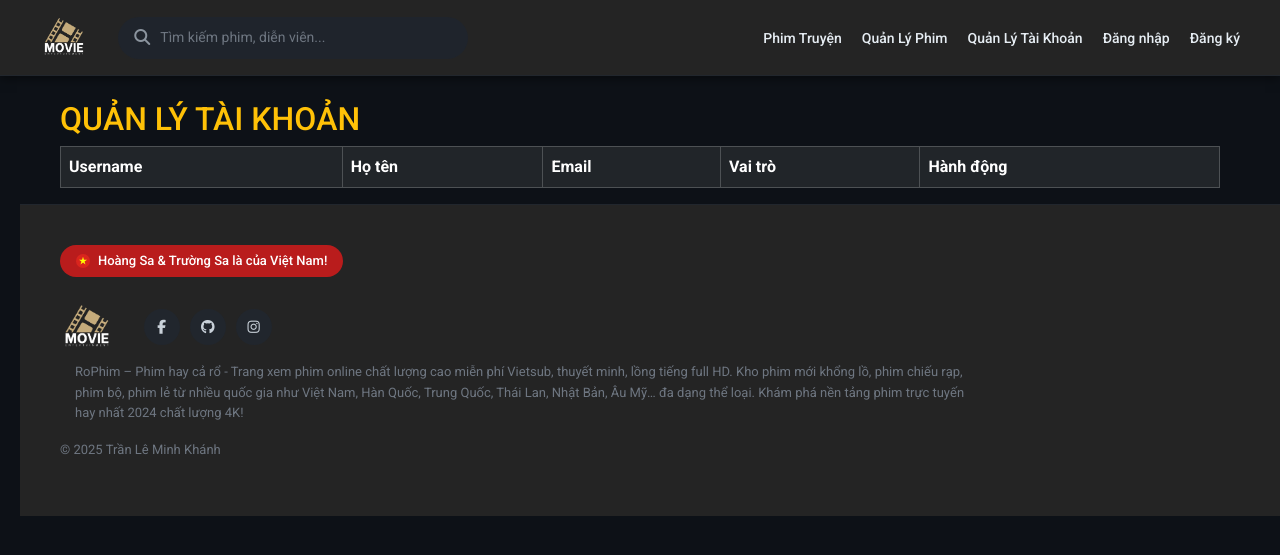
Repository: Razer2811/ActionMovie
Page: http://localhost/XemPhim/Account.jsp
The author's editor kept a copy of each file at every save. The page is drawn from the files as they stood at one save, then again after the next save.
The browser window is 1280 px wide. The pictures show the whole page.
The page is served by Tomcat 9. Other server files are loaded and not shown.

Above is the page before, as saved 2026-01-07 01:34:31.

### XemPhim/src/main/webapp/Account.jsp
<%@page import="java.util.List"%>
<%@page import="modal.Users"%>
<%@page import="modal.GenreVideo"%>
<%@ page contentType="text/html; charset=UTF-8" pageEncoding="UTF-8"%>
<%@ page import="java.util.ArrayList"%>
<%@ page import="modal.Video"%>

<!DOCTYPE html>
<html lang="vi">
<head>
<meta charset="UTF-8">
<title>Quản lý Tài Khoản - Admin</title>
<link rel="stylesheet"
	href="https://cdnjs.cloudflare.com/ajax/libs/font-awesome/6.5.1/css/all.min.css">
<link rel="stylesheet"
	href="https://cdn.jsdelivr.net/npm/boxicons@2.1.4/css/boxicons.min.css">
<link
	href="https://cdn.jsdelivr.net/npm/bootstrap@5.3.3/dist/css/bootstrap.min.css"
	rel="stylesheet">
<link href="css/style.css" rel="stylesheet">
<link href="css/home.css" rel="stylesheet">
<link href="css/card.css" rel="stylesheet">
</head>
<body>
	<%
        // Lấy các thông báo
        String message = (String) request.getAttribute("message");
        String error = (String) request.getAttribute("error");

        // Lấy đối tượng editUser (nếu đang bấm nút sửa)
        Users editUser = (Users) request.getAttribute("user");

        // Lấy danh sách user
        List<Users> listUsers = (List<Users>) request.getAttribute("listUsers");
    %>

	<jsp:include page="HeaderAdmin.jsp"></jsp:include>

	<div class="container mt-4">
        <h2 class="text-warning">QUẢN LÝ TÀI KHOẢN</h2>

        <% if (message != null && !message.isEmpty()) { %>
            <div class="alert alert-success"><%= message %></div>
        <% } %>

        <% if (error != null && !error.isEmpty()) { %>
            <div class="alert alert-danger"><%= error %></div>
        <% } %>

        <% if (editUser != null) { %>
            <div class="card bg-secondary text-white mb-4">
                <div class="card-header fw-bold">Chỉnh sửa User: <%= editUser.getId() %></div>
                <div class="card-body">
                    <form action="QuanLyAccount" method="post">
                        <input type="hidden" name="action" value="update">

                        <div class="row">
                            <div class="col-md-3">
                                <label>Username (ID)</label>
                                <input type="text" name="id" class="form-control" value="<%= editUser.getId() %>" readonly>
                            </div>
                            <div class="col-md-3">
                                <label>Họ tên</label>
                                <input type="text" name="fullname" class="form-control" value="<%= editUser.getFullname() %>">
                            </div>
                            <div class="col-md-3">
                                <label>Email</label>
                                <input type="email" name="email" class="form-control" value="<%= editUser.getEmail() %>">
                            </div>
                            <div class="col-md-2 mt-4">
                                <div class="form-check">
                                    <input class="form-check-input" type="checkbox" name="admin" value="true"
                                           <%= editUser.isAdmin() ? "checked" : "" %>>
                                    <label class="form-check-label">Là Admin</label>
                                </div>
                            </div>
                            <div class="col-md-1 mt-4">
                                <button type="submit" class="btn btn-warning">Lưu</button>
                            </div>
                        </div>
                    </form>
                </div>
            </div>
        <% } %>

        <table class="table table-dark table-hover table-bordered">
            <thead>
                <tr class="text-warning">
                    <th>Username</th>
                    <th>Họ tên</th>
                    <th>Email</th>
                    <th>Vai trò</th>
                    <th>Hành động</th>
                </tr>
            </thead>
            <tbody>
                <%
                // Duyệt vòng lặp Java thay cho <c:forEach>
                if (listUsers != null) {
                    for (Users u : listUsers) {
                %>
                    <tr>
                        <td><%= u.getId() %></td>
                        <td><%= u.getFullname() %></td>
                        <td><%= u.getEmail() %></td>
                        <td>
                            <%-- Logic hiển thị Badge --%>
                            <% if (u.isAdmin()) { %>
                                <span class="badge bg-danger">Admin</span>
                            <% } else { %>
                                <span class="badge bg-secondary">User</span>
                            <% } %>
                        </td>
                        <td>
                            <a href="QuanLyAccount?action=edit&id=<%= u.getId() %>" class="btn btn-sm btn-info">Sửa</a>

                            <a href="QuanLyAccount?action=delete&id=<%= u.getId() %>"
                               class="btn btn-sm btn-danger"
                               onclick="return confirm('Bạn có chắc muốn xóa user này?');">Xóa</a>
                        </td>
                    </tr>
                <%
                    } // Kết thúc vòng for
                } // Kết thúc if check null
                %>
            </tbody>
        </table>
    </div>

	<jsp:include page="Footer.jsp"></jsp:include>
	<script
		src="https://cdn.jsdelivr.net/npm/bootstrap@5.3.3/dist/js/bootstrap.bundle.min.js"></script>
</body>
</html>

### XemPhim/src/main/webapp/HeaderAdmin.jsp
<%@page import="java.util.ArrayList"%>
<%@page import="modal.Users"%>
<%@page import="modal.GenreVideo"%>
<%@ page contentType="text/html; charset=UTF-8" pageEncoding="UTF-8"%>

<header class="site-header">
	<div class="header-container">

		<div class="header-left">
			<a href="Home" class="header-logo"> <img
				src="img/logo2.png" alt="MOVIE ENTERTAINMENT">
			</a>

			<form action="GenreVideo" class="search-form">
				<button type="submit" class="search-btn">
					<i class="fas fa-search"></i>
				</button>
				<input type="text" name="timkiem"
					placeholder="Tìm kiếm phim, diễn viên..." class="search-input">
			</form>
		</div>

		<div class="header-right">
			<nav class="main-menu">
				<ul>
					<li><a href="HomeAdmin">Phim Truyện</a></li>
					<li><a href="QuanLyPhim">Quản Lý Phim</a></li>
					<li><a href="QuanLyAccount">Quản Lý Tài Khoản</a></li>
					<%

					Users user = (Users) session.getAttribute("user");

					if (user == null) {
					%>
					<li><a href="Login">Đăng nhập</a></li>
					<li><a href="Register">Đăng ký</a></li>
					<%
					} else {
					// Xử lý ảnh: Nếu user chưa có avatar thì dùng ảnh mặc định
					String avatar = user.getAvatar();
					if (avatar == null || avatar.isEmpty()) {
						avatar = "logo2.png"; // Ảnh mặc định trong thư mục img
					}
					%>
					<li><a href="#" class="user-greeting""> <img
							src="avatar/<%=avatar%>" alt="Avatar" class="my-avatar-img">
							<span><%=user.getFullname()%></span>
					</a></li>
					<li><a href="Logout">Đăng xuất</a></li>
					<%
					}
					%>
				</ul>
			</nav>
		</div>

	</div>
</header>

### XemPhim/src/main/webapp/Footer.jsp
<%@ page contentType="text/html; charset=UTF-8" pageEncoding="UTF-8"%>

<footer class="site-footer">
    <div class="footer-container">

        <div class="footer-banner">
            <img alt="covietnam" src="img/co.svg">
            <span>Hoàng Sa & Trường Sa là của Việt Nam!</span>
        </div>

        <div class="footer-brand-section">
            <div style="display: flex; align-items: center; gap: 20px;">
                	<img src="img/logo2.png" class="footer-logo">
                </div>

            <div class="social-icons">
                 <a href="https://www.facebook.com/boyvancan" target="_blank"><i class="fab fa-facebook-f"></i></a>
                 <a href="https://github.com/Razer2811" target="_blank"><i class="fab fa-github"></i></a>
                 <a href="https://www.instagram.com/boyvancan/" target="_blank"><i class="fab fa-instagram"></i></a>
            </div>
        </div>

        <p class="footer-description">
           RoPhim – Phim hay cả rổ - Trang xem phim online chất lượng cao miễn phí Vietsub, thuyết minh, lồng tiếng full HD.
           Kho phim mới khổng lồ, phim chiếu rạp, phim bộ, phim lẻ từ nhiều quốc gia như Việt Nam, Hàn Quốc, Trung Quốc, Thái Lan,
           Nhật Bản, Âu Mỹ… đa dạng thể loại. Khám phá nền tảng phim trực tuyến hay nhất 2024 chất lượng 4K!
        </p>

        <p class="footer-copyright">
            © 2025 Trần Lê Minh Khánh
        </p>

    </div>
</footer>

### XemPhim/src/main/webapp/css/style.css
@import url('https://fonts.googleapis.com/css2?family=Roboto:wght@300;400;500;700&display=swap');

* {
    margin: 0;
    padding: 0;
    box-sizing: border-box;
}

body {
    font-family: 'Roboto', sans-serif;
    background-color: #0d1117; /* MÃ u ná»�n web tá»‘i */
}

/* --- FOOTER CHÃ�NH --- */
.site-footer {
    background-color: #242424;
    color: #8b949e;
    /* Bỏ padding cũ đi để container bên trong tự xử lý */
    padding: 0;
    margin-left: 20px;
    font-size: 14px;
    border-top: 1px solid #21262d; /* Thêm đường kẻ mờ ngăn cách giống Header */
}
	.footer-container {
    width: 100%;           /* Tràn viền giống Header */
    padding: 40px 40px;    /* Padding trên dưới 40, trái phải 40 (bằng Header) */
    margin: 0 auto;
}
.container {
    max-width: 1200px;
    margin: 0 auto;
    padding: 0 20px;
}

/* --- BANNER HOÃ€NG SA/TRÆ¯á»œNG SA --- */
.footer-banner {
    display: inline-flex;
    align-items: center;
    background-color: #b91c1c; /* MÃ u Ä‘á»� Ä‘áº­m */
    color: white;
    padding: 6px 16px;
    font-weight: 500;
    border-radius: 99px; /* Bo trÃ²n hÃ¬nh viÃªn thuá»‘c */
    margin-bottom: 25px;
    font-size: 13px;
}

.footer-banner img {
    height: 14px;
    margin-right: 8px;
}

/* --- LOGO VÃ€ SOCIAL (Náº°M NGANG) --- */
.footer-brand-section {
    display: flex;
    align-items: center;
    gap: 30px;
    flex-wrap: wrap;
    width: 100%;
}

.footer-logo {
    height: 50px; /* Ä�iá»�u chá»‰nh kÃ­ch thÆ°á»›c logo cho vá»«a máº¯t */
    object-fit: contain;
}

/* Ä�Æ°á»�ng gáº¡ch Ä‘á»©ng ngÄƒn cÃ¡ch */
.vertical-divider {
    width: 1px;
    height: 35px;
    background-color: #30363d; /* MÃ u xÃ¡m tá»‘i cá»§a Ä‘Æ°á»�ng káº» */
}

.social-icons {
    display: flex;
    gap: 10px;
    flex-wrap: wrap;
}

.social-icons a {
    display: flex;
    justify-content: center;
    align-items: center;
    width: 36px;
    height: 36px;
    background-color: #21262d; /* Ná»�n trÃ²n mÃ u xÃ¡m tá»‘i */
    color: #c9d1d9;
    border-radius: 50%; /* LÃ m trÃ²n */
    text-decoration: none;
    transition: all 0.2s ease;
    font-size: 14px;
}

.social-icons a:hover {
    background-color: #58a6ff; /* MÃ u xanh khi hover */
    color: white;
    transform: translateY(-2px);
}

/* --- LINKS VÃ€ TEXT DÆ¯á»šI --- */
.footer-bottom {
    display: flex;
    flex-direction: column;
    gap: 15px;
}

.footer-links {
    list-style: none;
    display: flex;
    flex-wrap: wrap;
    gap: 25px;
}

.footer-links a {
    color: #e6edf3; /* MÃ u tráº¯ng sÃ¡ng hÆ¡n cho link */
    text-decoration: none;
    font-weight: 500;
    font-size: 14px;
    transition: color 0.2s;
}

.footer-links.sub-links a {
    color: #8b949e; /* MÃ u xÃ¡m cho dÃ²ng link phá»¥ */
}

.footer-links a:hover {
    color: #58a6ff; /* MÃ u xanh khi hover */
}

.footer-description {
    line-height: 1.6;
    color: #6e7681; /* MÃ u xÃ¡m tá»‘i hÆ¡n cho Ä‘oáº¡n vÄƒn */
    font-size: 13px;
    max-width: 900px;
    margin-top: 10px;
    margin-left: 15px;
}

.footer-copyright {
    color: #6e7681;
    font-size: 13px;
    margin-top: 10px;
}
/* --- HEADER STYLES --- */
.site-header {
    background-color: #242424; /* MÃ u ná»�n tá»‘i trÃ¹ng vá»›i footer */
    padding: 15px 0;
    position: sticky; /* Giá»¯ header dÃ­nh trÃªn cÃ¹ng khi cuá»™n */
    top: 0;
    z-index: 1000;
    box-shadow: 0 2px 10px rgba(0,0,0,0.5);
    border-bottom: 1px solid #21262d;
}

.header-container {
    max-width: 100%;
    padding: 0 40px;
    display: flex;
    justify-content: space-between;
    align-items: center;
}

/* --- PHáº¦N TRÃ�I: LOGO & TÃŒM KIáº¾M --- */
.header-left {
    display: flex;
    align-items: center;
    gap: 30px;
    flex: 1; /* Chiáº¿m khÃ´ng gian Ä‘á»ƒ Ä‘áº©y menu sang pháº£i */
}

.header-logo img {
    height: 45px; /* Chiá»�u cao logo */
    object-fit: contain;
}

/* Thanh tÃ¬m kiáº¿m bo trÃ²n */
.search-form {
    display: flex;
    align-items: center;
    background-color: #1f242c; /* MÃ u ná»�n Ã´ tÃ¬m kiáº¿m */
    border-radius: 99px; /* Bo trÃ²n viÃªn thuá»‘c */
    padding: 8px 15px;
    width: 350px; /* Ä�á»™ rá»™ng Ã´ tÃ¬m kiáº¿m */
    border: 1px solid transparent;
    transition: border-color 0.2s;
}

.search-form:focus-within {
    border-color: #58a6ff; /* Viá»�n sÃ¡ng khi báº¥m vÃ o */
}

.search-btn {
    background: none;
    border: none;
    color: #8b949e;
    cursor: pointer;
    font-size: 16px;
    margin-right: 10px;
}

.search-input {
    background: none;
    border: none;
    color: white;
    width: 100%;
    outline: none;
    font-size: 14px;
}

.search-input::placeholder {
    color: #6e7681;
}

/* --- PHáº¦N PHáº¢I: MENU & ACTIONS --- */
.header-right {
    display: flex;
    align-items: center;
    gap: 30px;
}

/* Menu Ä‘iá»�u hÆ°á»›ng */
.main-menu ul {
    list-style: none;
    display: flex;
    gap: 20px;
    margin: 0;
    padding: 0;
}
.my-avatar-img {
        width: 40px !important;      /* Chiều rộng cố định */
        height: 40px !important;     /* Chiều cao cố định */
        border-radius: 50% !important; /* Bo tròn tuyệt đối */
        object-fit: cover !important;  /* Cắt ảnh vừa khung, không bị méo */
        border: 2px solid #0d6efd;   /* Viền xanh cho nổi */
    }
.main-menu a {
    text-decoration: none;
    color: #e6edf3;
    font-size: 14px;
    font-weight: 500;
    transition: color 0.2s;
}

.main-menu a:hover {
    color: #d2a106; /* MÃ u vÃ ng kim loáº¡i (hoáº·c #58a6ff xanh) */
}

.main-menu i {
    font-size: 10px;
    margin-left: 3px;
    color: #8b949e;
}

/* CÃ¡c nÃºt chá»©c nÄƒng bÃªn pháº£i */
.header-actions {
    display: flex;
    align-items: center;
    gap: 15px;
}

/* NÃºt Táº£i App */
.btn-app {
    display: flex;
    align-items: center;
    gap: 8px;
    color: #e6edf3;
    text-decoration: none;
    font-size: 13px;
    font-weight: bold;
    background-color: #21262d;
    padding: 8px 16px;
    border-radius: 8px;
    transition: background 0.2s;
}

.btn-app:hover {
    background-color: #30363d;
}

/* Icon thÃ´ng bÃ¡o */
.action-icon {
    position: relative;
    color: #e6edf3;
    font-size: 18px;
    padding: 8px;
    background-color: #21262d;
    border-radius: 50%;
    width: 40px;
    height: 40px;
    display: flex;
    justify-content: center;
    align-items: center;
    text-decoration: none;
    transition: background 0.2s;
}

.action-icon:hover {
    background-color: #30363d;
}

/* Dáº¥u cháº¥m Ä‘á»� thÃ´ng bÃ¡o */
.badge {
    position: absolute;
    top: 5px;
    right: 5px;
    background-color: #d2a106; /* MÃ u vÃ ng ná»•i báº­t */
    color: #000;
    font-size: 10px;
    font-weight: bold;
    border-radius: 50%;
    width: 14px;
    height: 14px;
    display: flex;
    justify-content: center;
    align-items: center;
}

/* Avatar ngÆ°á»�i dÃ¹ng */
.user-avatar img {
    width: 40px;
    height: 40px;
    border-radius: 50%;
    object-fit: cover;
    border: 2px solid #21262d;
    cursor: pointer;
}

/* MENU CHA */
.main-menu ul {
    list-style: none;
    margin: 0;
    padding: 0;
    display: flex; /* Đảm bảo menu chính nằm ngang */
    align-items: center;
}

.main-menu > ul > li {
    position: relative;
    display: inline-block;
}

/* MENU CON – PHỐI MÀU DARK THEME */
.sub-menu {
    position: absolute;
    top: 100%;
    left: 0;

    background-color: #242424; /* Màu xám đậm trùm với Header */
    min-width: 200px;
    border-radius: 8px; /* Bo góc hiện đại */
    border: 1px solid #30363d; /* Viền mờ giống phong cách GitHub */
    box-shadow: 0 8px 24px rgba(0,0,0,0.5); /* Đổ bóng sâu tạo độ nổi */

    /* HIỆU ỨNG MƯỢT MÀ CỦA BẠN */
    opacity: 0;
    visibility: hidden;
    transform: translateY(10px);
    transition: all 0.25s ease;

    display: flex;
    flex-direction: column;   /* Xếp dọc các thể loại */
    padding: 8px 0;
    margin-top: 5px; /* Tạo khoảng cách nhỏ với header */

    z-index: 999;
}

/* HOVER HIỆN MENU */
.main-menu li:hover > .sub-menu {
    opacity: 1;
    visibility: visible;
    transform: translateY(0);
}

/* ITEM MENU CON */
.sub-menu li {
    width: 100%;
}

.sub-menu li a {
    display: block;
    padding: 10px 16px;
    color: #e6edf3; /* Màu trắng xám (không bị chói) */
    text-decoration: none;
    font-size: 14px;
    font-weight: 400;
    transition: all 0.2s;
}

/* MÀU HOVER VÀNG KIM LOẠI */
.sub-menu li a:hover {
    background-color: #30363d; /* Nền xám sáng hơn một chút */
    color: #d2a106; /* Chữ chuyển sang màu vàng đặc trưng của bạn */
    padding-left: 20px; /* Hiệu ứng đẩy nhẹ sang phải khi hover */
}

### XemPhim/src/main/webapp/css/home.css
@charset "utf-8";

.body {
	background-color: #0d1117;
	color: #e6edf3;
	font-family: 'Segoe UI', sans-serif;
}
/* --- TIÊU ĐỀ --- */
.section-title {
	color: #d2a106; /* Màu vàng kim loại */
	font-weight: 700;
	border-left: 5px solid #d2a106;
	padding-left: 15px;
	margin-bottom: 25px;
	text-transform: uppercase;
	letter-spacing: 1px;
}

/* --- BANNER VIDEO --- */
.video-banner-container {
	position: relative;
	margin-bottom: 50px;
	border-radius: 20px;
	overflow: hidden;
	box-shadow: 0 0 30px rgba(210, 161, 6, 0.15); /* Bóng vàng nhẹ */
	border: 1px solid #30363d;
}

.video-banner-container iframe {
	width: 100%;
	display: block;
}

/* --- CARD PHIM (GIỐNG DETAIL MOVIE) --- */
.card-film {
	background-color: #161b22;
	border: 1px solid #30363d;
	border-radius: 12px;
	overflow: hidden;
	transition: all 0.3s ease;
	height: 100%;
	position: relative;
}

.card-film:hover {
	transform: translateY(-7px);
	border-color: #d2a106;
	box-shadow: 0 10px 20px rgba(0, 0, 0, 0.4);
}

.poster-wrapper {
	position: relative;
	aspect-ratio: 2/3; /* Tỷ lệ chuẩn poster */
	overflow: hidden;
}

.poster-wrapper img {
	width: 100%;
	height: 100%;
	object-fit: cover;
	transition: transform 0.5s ease;
}

.card-film:hover .poster-wrapper img {
	transform: scale(1.1);
}

/* Nút Play khi hover */
.hover-overlay {
	position: absolute;
	top: 0;
	left: 0;
	right: 0;
	bottom: 0;
	background: rgba(0, 0, 0, 0.5);
	display: flex;
	align-items: center;
	justify-content: center;
	opacity: 0;
	transition: opacity 0.3s ease;
}

.card-film:hover .hover-overlay {
	opacity: 1;
}

.hover-overlay i {
	font-size: 3.5rem;
	color: #d2a106;
	text-shadow: 0 0 10px rgba(0, 0, 0, 0.8);
}

/* Thông tin phim */
.card-body-custom {
	padding: 15px;
}

.movie-title {
	font-size: 16px;
	font-weight: 600;
	color: #e6edf3;
	text-decoration: none;
	display: -webkit-box;
	-webkit-line-clamp: 1; /* Cắt 1 dòng */
	-webkit-box-orient: vertical;
	overflow: hidden;
	margin-bottom: 8px;
	transition: color 0.2s;
}

.movie-title:hover {
	color: #d2a106;
}

.movie-meta {
	font-size: 13px;
	color: #8b949e;
	display: flex;
	justify-content: space-between;
	align-items: center;
}

.meta-item {
	display: flex;
	align-items: center;
	gap: 4px;
}

.meta-item i {
	color: #d2a106;
} /* Icon màu vàng */

/* --- PHÂN TRANG CUSTOM (CHO NỀN TỐI) --- */
.pagination .page-item .page-link {
	background-color: #161b22;
	border-color: #30363d;
	color: #e6edf3;
	margin: 0 3px;
	border-radius: 6px;
}

.pagination .page-item .page-link:hover {
	background-color: #30363d;
	color: #d2a106;
	border-color: #8b949e;
}

.pagination .page-item.active .page-link {
	background-color: #d2a106;
	border-color: #d2a106;
	color: #000;
	font-weight: bold;
}

.pagination .page-item.disabled .page-link {
	background-color: #0d1117;
	color: #484f58;
	border-color: #30363d;
}

### XemPhim/src/main/webapp/css/card.css
@charset "ISO-8859-1";
.btn-watch {
	display: flex;
	align-items: center;
	justify-content: center;
	gap: 6px;
	padding: 6px 12px;
	width: 100%;
	background: #d2a106;
	color: black;
	font-size: 14px;
	font-weight: 600;
	border-radius: 8px;
	text-decoration: none;
	transition: all 0.25s ease;
}

.btn-watch i {
	font-size: 18px;
}

.btn-watch:hover {
	background: #d2a106;
	color: white;
	transform: translateY(-1px);
	box-shadow: 0 4px 12px rgba(46, 164, 79, 0.35);
}

### XemPhim/src/main/webapp/img/co.svg
<svg id="Layer_1" enable-background="new 0 0 1000 1000" height="1000" viewBox="0 0 1000 1000" width="1000" xmlns="http://www.w3.org/2000/svg" xmlns:xlink="http://www.w3.org/1999/xlink"><clipPath id="SVGID_2_"><circle id="SVGID_1_" cx="500" cy="500" r="500"></circle></clipPath><g><g><path clip-path="url(#SVGID_2_)" d="m-250 0h1500v1000h-1500z" fill="#DA251D"></path><path clip-path="url(#SVGID_2_)" d="m608.984 535.41 176.335-128.118h-217.965l-67.354-207.292-67.355 207.292h-217.964l176.335 128.118-67.351 207.298 176.335-128.123 176.335 128.123z" fill="#FFFF00"></path></g></g></svg>

After the next save:
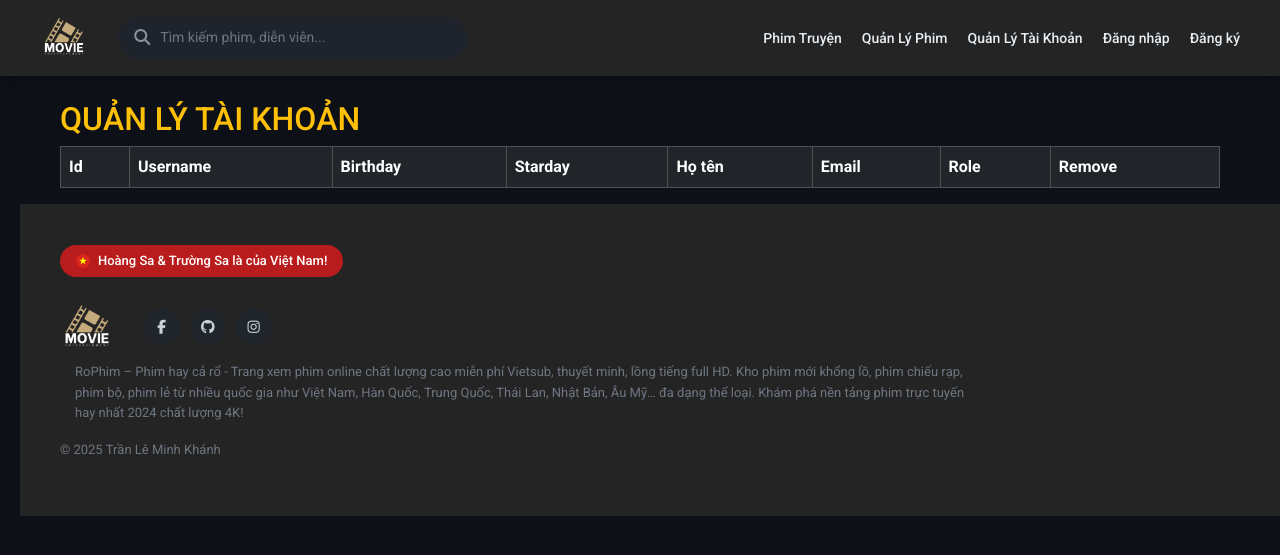
Saved 9 min 4 s later.
--- a/XemPhim/src/main/webapp/Account.jsp
+++ b/XemPhim/src/main/webapp/Account.jsp
@@ -86,11 +86,14 @@
         <table class="table table-dark table-hover table-bordered">
             <thead>
                 <tr class="text-warning">
+                	<th>Id</th>
                     <th>Username</th>
+					<th>Birthday</th>
+                    <th>Starday</th>
                     <th>Họ tên</th>
                     <th>Email</th>
-                    <th>Vai trò</th>
-                    <th>Hành động</th>
+                    <th>Role</th>
+                    <th>Remove</th>
                 </tr>
             </thead>
             <tbody>
@@ -102,6 +105,9 @@
                     <tr>
                         <td><%= u.getId() %></td>
                         <td><%= u.getFullname() %></td>
+                        <td><%= u.getBirth()%></td>
+                        <td><%= u.getStartday() %></td>
+
                         <td><%= u.getEmail() %></td>
                         <td>
                             <%-- Logic hiển thị Badge --%>
@@ -112,8 +118,6 @@
                             <% } %>
                         </td>
                         <td>
-                            <a href="QuanLyAccount?action=edit&id=<%= u.getId() %>" class="btn btn-sm btn-info">Sửa</a>
-
                             <a href="QuanLyAccount?action=delete&id=<%= u.getId() %>"
                                class="btn btn-sm btn-danger"
                                onclick="return confirm('Bạn có chắc muốn xóa user này?');">Xóa</a>
